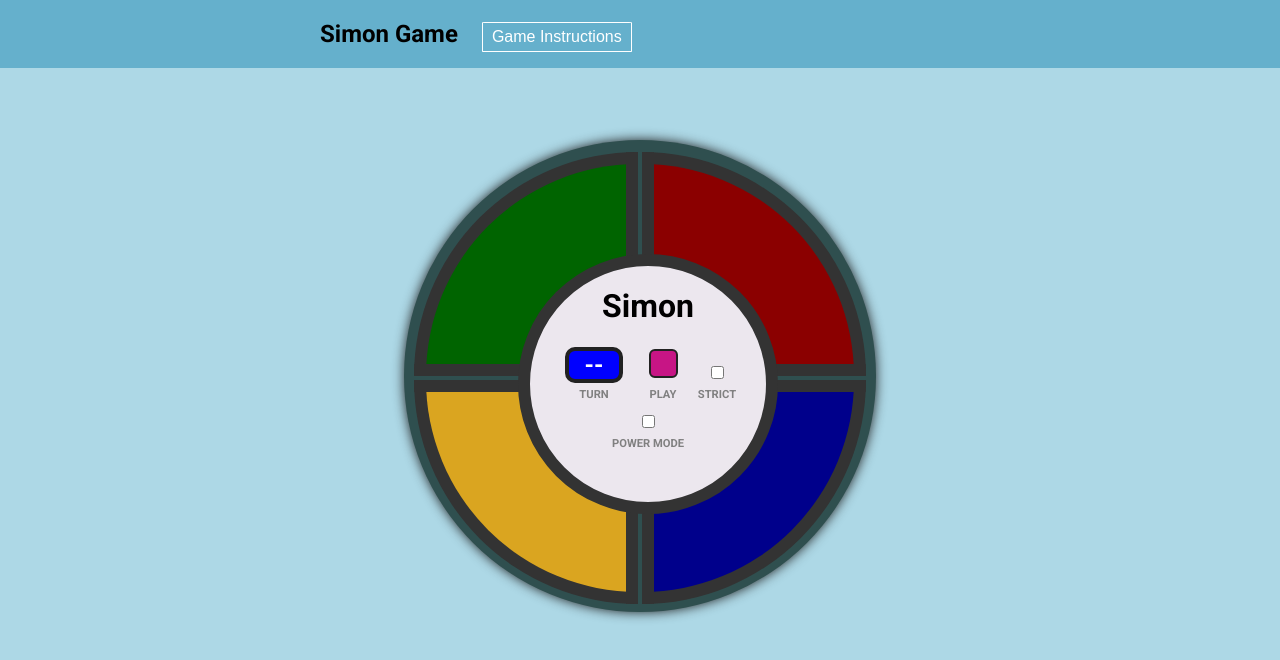
Repository: bbarbara19/memorygame
Page: index.html
The author's editor kept a record of every edit. The page is drawn from the files as they stood at one moment, then again after the next edit.
The browser window is 1280 px wide. The pictures show the whole page.

Above is the page before.

After the next edit:
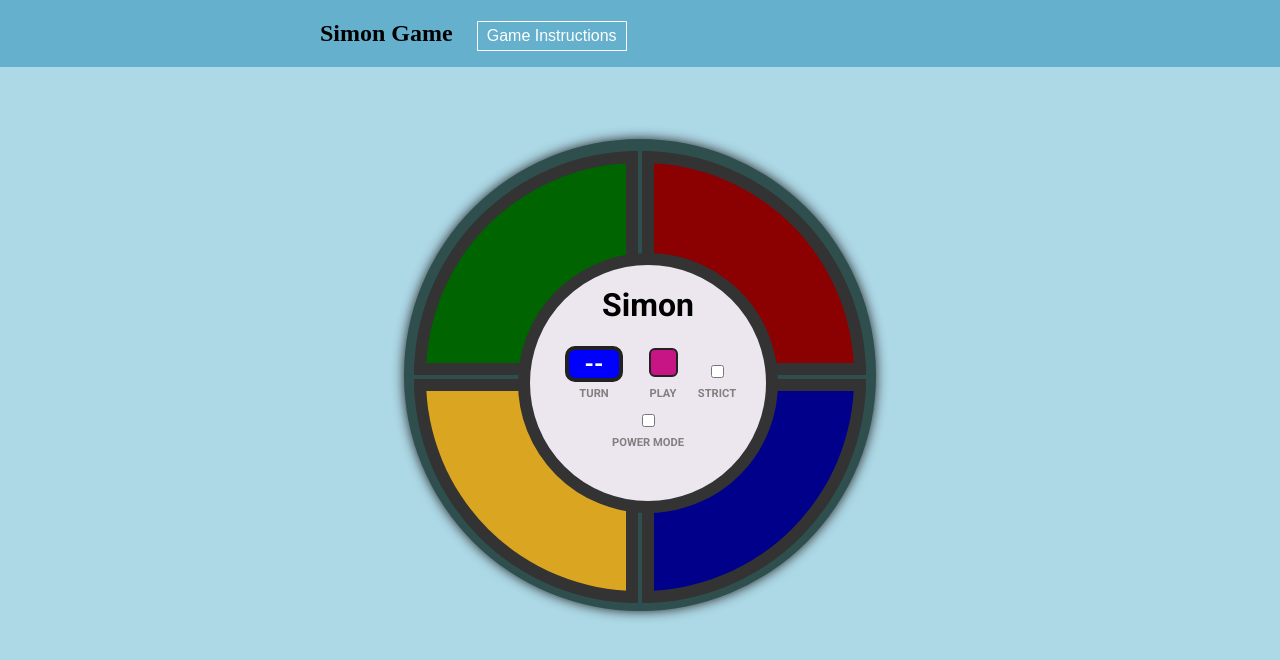
The edit:
--- a/index.html
+++ b/index.html
@@ -19,7 +19,7 @@
 
 <nav>
     <div class="title">
-        <h1 class="inline">Simon Game</h1>
+        <h1 class="inline" style="font-family: 'Font Name', serif;">Simon Game</h1>
         <button class="btn-GameHelp inline" onclick="confirmation();">Game Instructions</button>
     </div>
 </nav>
